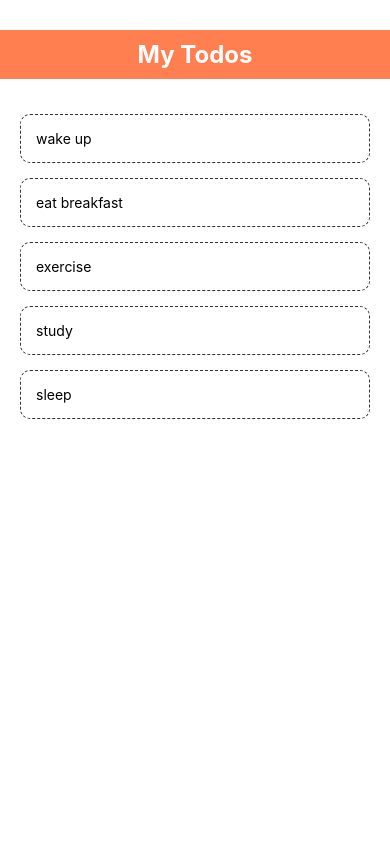
Repository: shiv0403/React-native-tutorial
Screen: /
The author's editor kept a copy of each file at every save. The screen is drawn from the files as they stood at one save, then again after the next save.
The app was drawn by React Native's web renderer in a window 390 px wide. The project was rebuilt for these pictures with package versions that can differ from the ones it lists, and the page was loaded fresh each time.

Above is the screen before, as saved 2021-02-11 09:31:44.

After the next save:
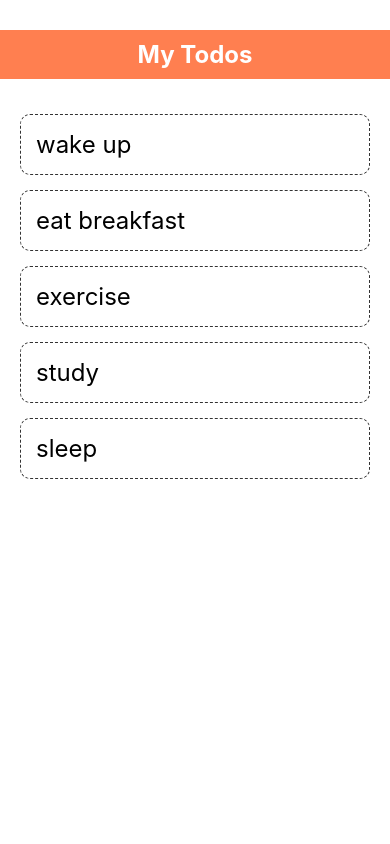
Saved 17 s later.
--- a/components/TodoItem.js
+++ b/components/TodoItem.js
@@ -11,6 +11,7 @@ export default function TodoItem({ item }) {
 
 const styles = StyleSheet.create({
   item: {
+    fontSize: 24,
     padding: 15,
     marginTop: 15,
     borderWidth: 1,
